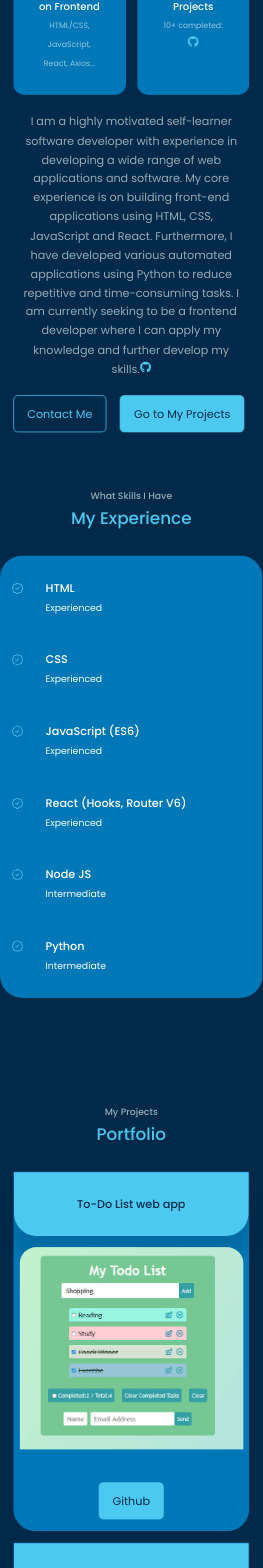
Repository: yingluo1020/react-portfolio-website
Page: /
An editor plug-in stored every save of this project. The page is shown before and after the next save, followed by the edit.
The browser window is 375 px wide. The pictures show the part of the page from y = 1362 to 3602 px (the page is 6281 px tall), at 70% of full size.
The project was rebuilt for these pictures with package versions that can differ from the ones it lists, and the page was loaded fresh each time. Imported but missing from the stored project, and not drawn on this page: src/assets/cv1.pdf.

Above is the page before, as saved 2022-03-16 10:35:57.

After the next save:
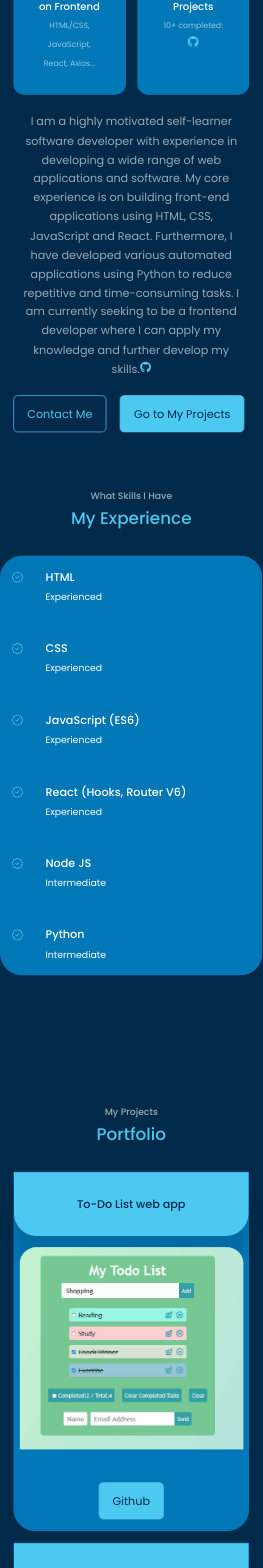
Saved 51 s later.
--- a/src/components/experience/experience.css
+++ b/src/components/experience/experience.css
@@ -44,7 +44,7 @@
     .experience_container{
         width: 100%;
         grid-template-columns: 1fr;
-        padding: 2rem 1rem;
+        padding: 1rem;
     }
 
 }
